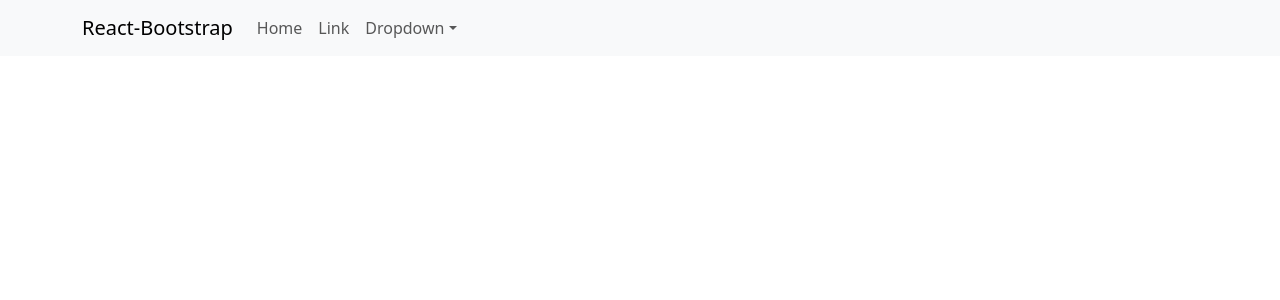
Repository: bichtram-1/webTN
Page: /
The author's editor kept a copy of each file at every save. The page is drawn from the files as they stood at one save, then again after the next save.
The browser window is 1280 px wide. The pictures show the whole page.
The project was rebuilt for these pictures with package versions that can differ from the ones it lists, and the page was loaded fresh each time.

Above is the page before, as saved 2025-08-17 19:45:30.

### src/App.js
import './App.css';
import Header from './components/Header/Header';
const  App=()=> {
  return (
    <div className="App">
     <Header/>
    </div>
  );
}

export default App;

### src/components/Header/Header.js
import Container from 'react-bootstrap/Container';
import Nav from 'react-bootstrap/Nav';
import Navbar from 'react-bootstrap/Navbar';
import NavDropdown from 'react-bootstrap/NavDropdown';

const Header= () =>{
  return (
    <Navbar expand="lg" className="bg-body-tertiary">
      <Container>
        <Navbar.Brand href="#home">React-Bootstrap</Navbar.Brand>
        <Navbar.Toggle aria-controls="basic-navbar-nav" />
        <Navbar.Collapse id="basic-navbar-nav">
          <Nav className="me-auto">
            <Nav.Link href="#home">Home</Nav.Link>
            <Nav.Link href="#link">Link</Nav.Link>
            <NavDropdown title="Dropdown" id="basic-nav-dropdown">
              <NavDropdown.Item href="#action/3.1">Action</NavDropdown.Item>
              <NavDropdown.Item href="#action/3.2">
                Another action
              </NavDropdown.Item>
              <NavDropdown.Item href="#action/3.3">Something</NavDropdown.Item>
              <NavDropdown.Divider />
              <NavDropdown.Item href="#action/3.4">
                Separated link
              </NavDropdown.Item>
            </NavDropdown>
          </Nav>
        </Navbar.Collapse>
      </Container>
    </Navbar>
  );
}

export default Header;

Loaded but not shown: public/index.html (common file); src/index.js (common file); src/index.css (common file); src/reportWebVitals.js (common file); src/App.css (common file)

After the next save:
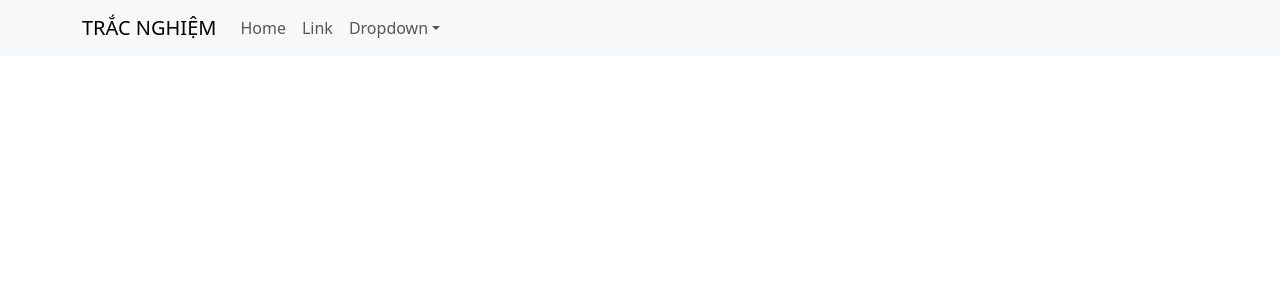
Saved 110 s later.
--- a/src/components/Header/Header.js
+++ b/src/components/Header/Header.js
@@ -7,7 +7,7 @@ const Header= () =>{
   return (
     <Navbar expand="lg" className="bg-body-tertiary">
       <Container>
-        <Navbar.Brand href="#home">React-Bootstrap</Navbar.Brand>
+        <Navbar.Brand href="#home">TRẮC NGHIỆM</Navbar.Brand>
         <Navbar.Toggle aria-controls="basic-navbar-nav" />
         <Navbar.Collapse id="basic-navbar-nav">
           <Nav className="me-auto">
